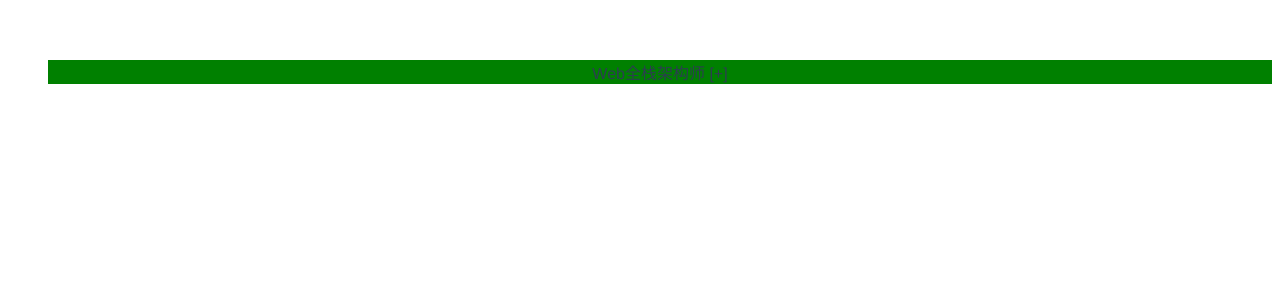
Repository: lxl0302/ClassBegin_-sound_code
Page: /
These files come from the project's save history. The page is drawn as it stood at one moment and after the next save; the edit follows.
The browser window is 1280 px wide. The pictures show the whole page.
The project was rebuilt for these pictures with package versions that can differ from the ones it lists, and the page was loaded fresh each time.

Above is the page before, as saved 2020-07-08 14:56:24.

### src/main.js
import Vue from 'vue'
import App from './App.vue'
import create from './utils/create'

Vue.config.productionTip = false

Vue.prototype.$create =create

new Vue({
  render: h => h(App),
}).$mount('#app')

### src/App.vue
<template>
  <div id="app">
    <HelloWorld />
  </div>
</template>

<script>
import HelloWorld from './tree/index'

export default {
  name: 'App',
  components: {
    HelloWorld
  }
}
</script>

<style>
#app {
  font-family: Avenir, Helvetica, Arial, sans-serif;
  -webkit-font-smoothing: antialiased;
  -moz-osx-font-smoothing: grayscale;
  text-align: center;
  color: #2c3e50;
  margin-top: 60px;
}
</style>

### src/utils/create.js
import Vue from 'vue';

export default function create(Component, props) {
  // 先创建实例
  const vm = new Vue({
    render(h) {
      // h就是createElement, 它返回VNode
      return h(Component, {props})
    }
  }).$mount();
  // 手动挂在dom 创建实例后 会有与实例对应的实体dom
  document.body.appendChild(vm.$el)
  // 销毁方法
  const comp = vm.$children[0];
  comp.remove = function() {
    document.body.removeChild(vm.$el); // 移除实体dom
    vm.$destroy() // 销毁实例
  }
  return comp
}

### src/tree/index.vue
<template>
  <div>
    <ul>
      <item class="item" :model="treeData"></item>
    </ul>
  </div>
</template>

<script>
import Item from "./Item";
export default {
  name: "index",
  components: { Item },
  data() {
    return {
      treeData: {
        title: "Web全栈架构师",
        children: [
          {
            title: "Java架构师"
          },
          {
            title: "JS高级",
            children: [
              {
                title: "ES6"
              },
              {
                title: "动效"
              }
            ]
          },
          {
            title: "Web全栈",
            children: [
              {
                title: "Vue训练营",
                expand: true,
                children: [
                  {
                    title: "组件化"
                  },
                  {
                    title: "源码"
                  },
                  {
                    title: "docker部署"
                  }
                ]
              },
              {
                title: "React",
                children: [
                  {
                    title: "JSX"
                  },
                  {
                    title: "虚拟DOM"
                  }
                ]
              },
              {
                title: "Node"
              }
            ]
          }
        ]
      }
    };
  }
};
</script>

<style lang="scss" scoped>
</style>

### src/tree/Item.vue
<template>
  <div class="item-class">
    <div @click="toggle">
      {{model.title}}
      <span v-if="isFolder">[{{open ? '-' : '+'}}]</span>
    </div>
    <ul v-show="open" v-if="isFolder" class="ul-class">
      <item class="item" v-for="model in model.children" :model="model" :key="model.title"></item>
    </ul>
  </div>
</template>

<script>
export default {
  name: "Item",
  props: {
    model: {
      type: Object,
      required: true
    }
  },
  data() {
    return {
      open: false
    };
  },
  computed: {
    isFolder() {
      return this.model.children && this.model.children.length;
    }
  },
  methods: {
    toggle() {
      if (this.isFolder) {
        this.open = !this.open;
      }
    }
  }
};
</script>
<style scoped>
.item-class {
  list-style: none;
  background-color: green;
}
.ul-class{
  background-color: yellow;
}
</style>

Loaded but not shown: public/index.html (common file)

After the next save:
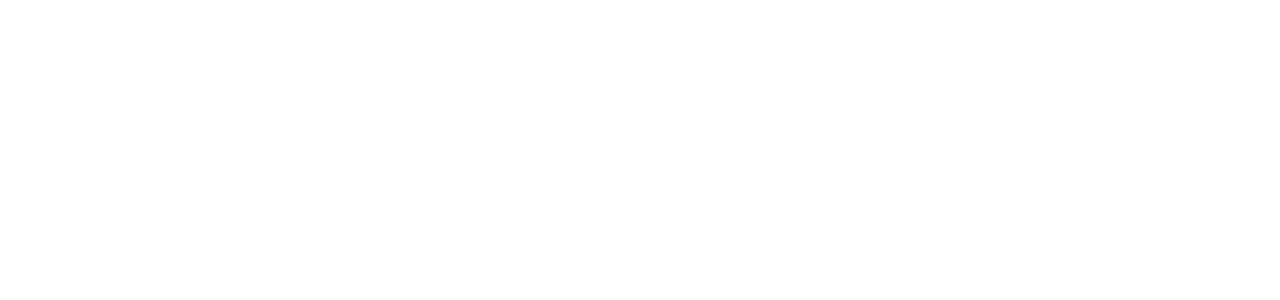
Saved 92 s later.
--- a/src/tree/Item.vue
+++ b/src/tree/Item.vue
@@ -5,7 +5,7 @@
       <span v-if="isFolder">[{{open ? '-' : '+'}}]</span>
     </div>
     <ul v-show="open" v-if="isFolder" class="ul-class">
-      <item class="item" v-for="model in model.children" :model="model" :key="model.title"></item>
+      <item class="item" v-for="model in model.children" :model="models" :key="model.title"></item>
     </ul>
   </div>
 </template>
@@ -14,7 +14,7 @@
 export default {
   name: "Item",
   props: {
-    model: {
+    models: {
       type: Object,
       required: true
     }

After the save that followed:
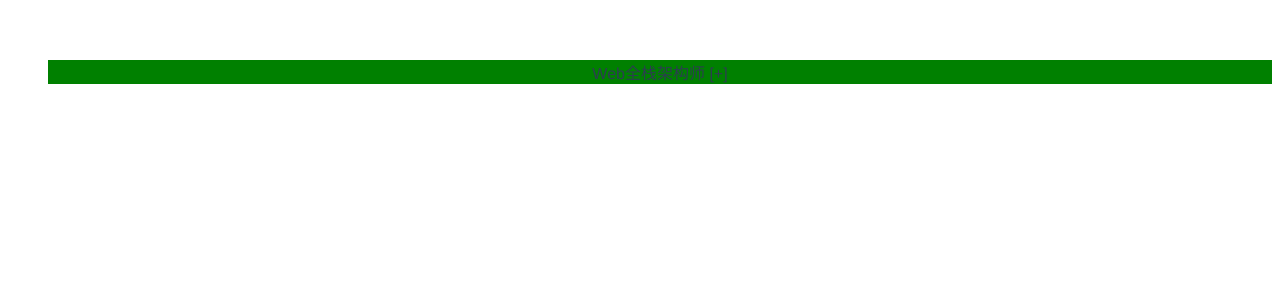
Saved 4 s later.
--- a/src/tree/Item.vue
+++ b/src/tree/Item.vue
@@ -5,7 +5,7 @@
       <span v-if="isFolder">[{{open ? '-' : '+'}}]</span>
     </div>
     <ul v-show="open" v-if="isFolder" class="ul-class">
-      <item class="item" v-for="model in model.children" :model="models" :key="model.title"></item>
+      <item class="item" v-for="model in model.children" :model="model" :key="model.title"></item>
     </ul>
   </div>
 </template>
@@ -14,7 +14,7 @@
 export default {
   name: "Item",
   props: {
-    models: {
+    model: {
       type: Object,
       required: true
     }
